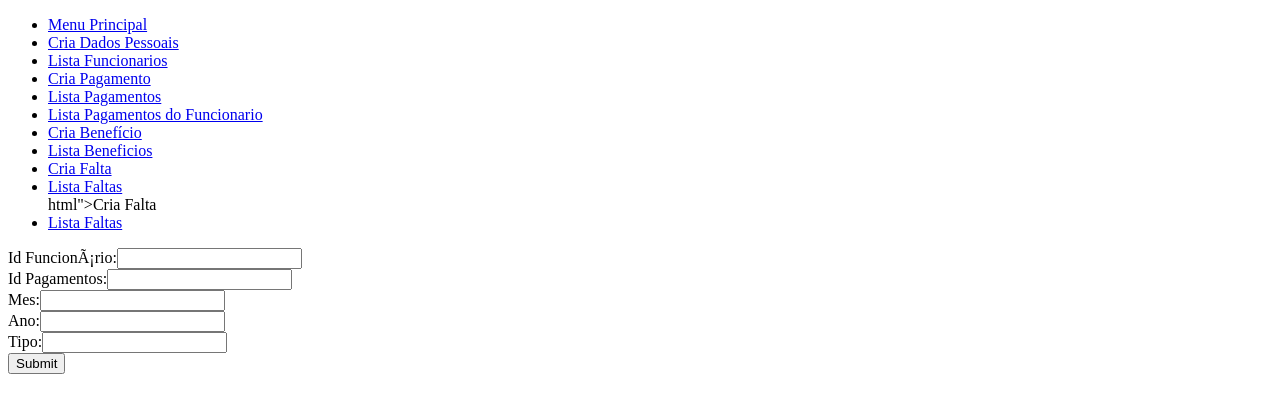
Repository: engcarlosrosa/big_data_proj
Page: rhcontroller/WebContent/cria_pagamentos.html
The author's editor kept a copy of each file at every save. The page is drawn from the files as they stood at one save, then again after the next save.
The browser window is 1280 px wide. The pictures show the whole page.

Above is the page before, as saved 2018-09-19 12:16:40.

### rhcontroller/WebContent/cria_pagamentos.html
<!DOCTYPE html>
<html>
<head>
<meta charset="ISO-8859-1">
<title>Insert title here</title>
</head>
<body>
<ul>
  <li><a href="menu.html">Menu Principal</a></li>
  <li><a href="cria_dados_pessoais.html">Cria Dados Pessoais</a></li>
  <li><a href="lista_funcionarios.html">Lista Funcionarios</a></li>
  <li><a href="cria_pagamentos.html">Cria Pagamento</a></li>
  <li><a href="ServiceListaPagamentos">Lista Pagamentos</a></li>
  <li><a href="lista_funcionario_pagamentos.html">Lista Pagamentos do Funcionario</a></li>
  <li><a href="cria_beneficios.html">Cria Benefício</a></li>
  <li><a href="ServiceListaBeneficios">Lista Beneficios</a></li>
  <li><a href="cria_faltas.html">Cria Falta</a></li>
  <li><a href="ServiceListaFaltas">Lista Faltas</a></li>html">Cria Falta</a></li>
  <li><a href="ServiceListaFaltas">Lista Faltas</a></li>
</ul>

<form action="ServiceAdicionaPagamentos" method="post">
    Id FuncionÃ¡rio:<input name="id_funcionario" type="text" >
    <br>
    Id Pagamentos:<input name="id_pagamento" type="text" >
    <br>
    Mes:<input name="mes" type="text" >
    <br>
    Ano:<input name="ano" type="text" >
    <br>
    Tipo:<input name="tipo" type="text" >
    <br>
    <input type="submit" value="Submit">
</form>
</body>
</html>

After the next save:
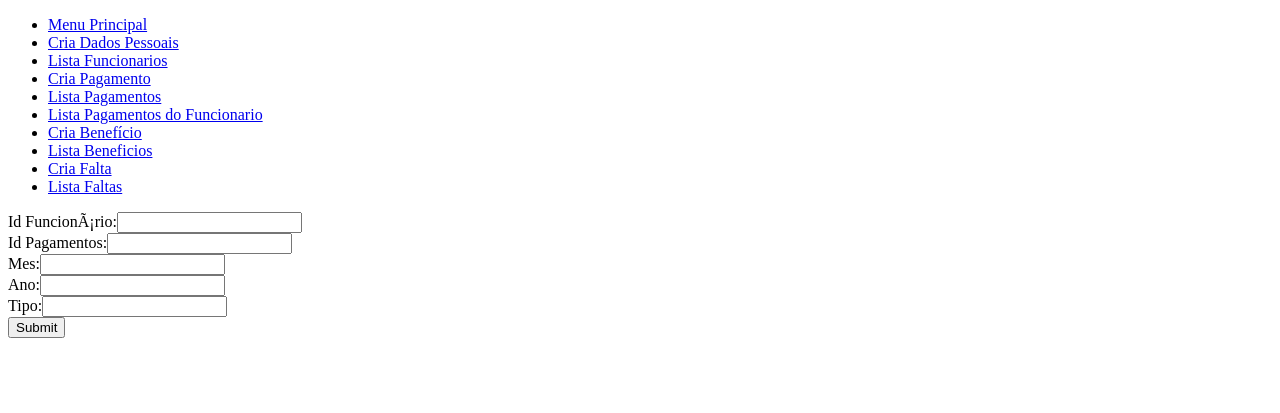
Saved 9 s later.
--- a/rhcontroller/WebContent/cria_pagamentos.html
+++ b/rhcontroller/WebContent/cria_pagamentos.html
@@ -15,7 +15,6 @@
   <li><a href="cria_beneficios.html">Cria Benefício</a></li>
   <li><a href="ServiceListaBeneficios">Lista Beneficios</a></li>
   <li><a href="cria_faltas.html">Cria Falta</a></li>
-  <li><a href="ServiceListaFaltas">Lista Faltas</a></li>html">Cria Falta</a></li>
   <li><a href="ServiceListaFaltas">Lista Faltas</a></li>
 </ul>
 
